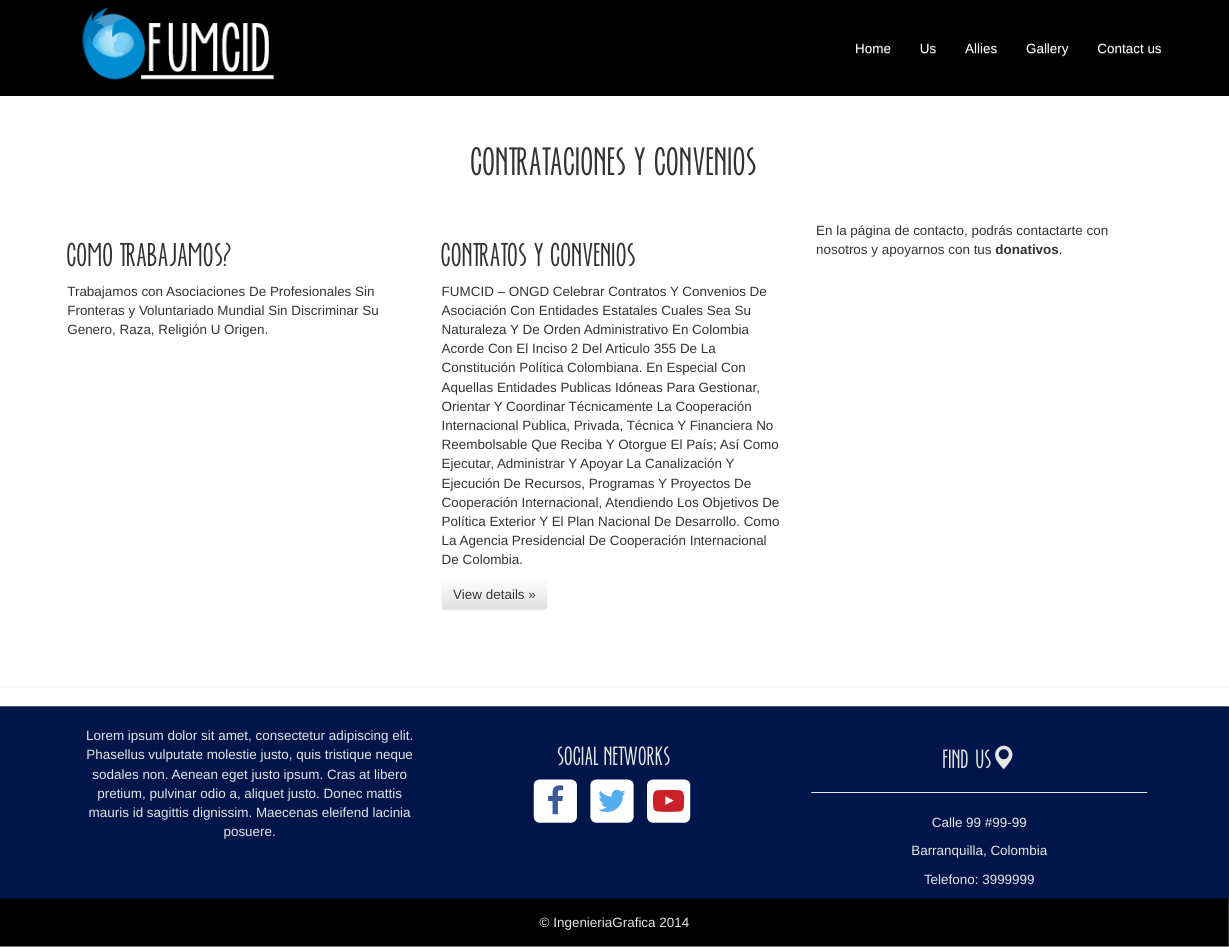
Repository: aarguelles93/Prototipo-portal-FUMCID
Page: http://localhost/contrataciones.php
The author's editor kept a record of every edit. The page is drawn from the files as they stood at one moment, then again after the next edit.
The browser window is 1280 px wide. The pictures show the whole page, at 96% of full size.
Some web libraries are served in a nearby version. The page is run by PHP 8.4 with error messages shown; the project is at /var/www/html/. Other server files are loaded and not shown.

Above is the page before.

### contrataciones.php
<?php $active_page = 99; //!!! ?>
<!DOCTYPE html>
<!--[if lt IE 7]>      <html class="no-js lt-ie9 lt-ie8 lt-ie7"> <![endif]-->
<!--[if IE 7]>         <html class="no-js lt-ie9 lt-ie8"> <![endif]-->
<!--[if IE 8]>         <html class="no-js lt-ie9"> <![endif]-->
<!--[if gt IE 8]><!--> <html class="no-js"> <!--<![endif]-->
    <?php require_once('_php/templates/head.php'); ?>
    <body>
        <!--[if lt IE 7]>
            <p class="browsehappy">You are using an <strong>outdated</strong> browser. Please <a href="http://browsehappy.com/">upgrade your browser</a> to improve your experience.</p>
        <![endif]-->
    <?php require_once('_php/templates/header.php'); ?>


    <div class="container">
        <div class="content-padded">
            <h1 class="text-center">Contrataciones y convenios</h1>
        </div>
    </div>

    <div class="container container-padded">
      <!-- Example row of columns -->
      <div class="row">
        <div class="col-md-4">
          <h2>Como trabajamos?</h2>
          <p>Trabajamos con Asociaciones De Profesionales Sin Fronteras y  Voluntariado Mundial Sin Discriminar Su Genero, Raza, Religión U Origen.</p>
        </div>
        <div class="col-md-4">
          <h2>Contratos y convenios</h2>
          <p>FUMCID – ONGD Celebrar Contratos Y Convenios De Asociación Con Entidades Estatales Cuales Sea Su Naturaleza Y De Orden Administrativo En Colombia Acorde Con El Inciso 2 Del Articulo 355 De La Constitución Política Colombiana. En Especial Con Aquellas Entidades Publicas Idóneas Para Gestionar, Orientar Y Coordinar Técnicamente La Cooperación Internacional Publica, Privada, Técnica Y Financiera No Reembolsable Que Reciba Y Otorgue El País; Así Como Ejecutar, Administrar Y Apoyar La Canalización Y Ejecución De Recursos, Programas Y Proyectos De Cooperación Internacional, Atendiendo Los Objetivos De Política Exterior Y El Plan Nacional De Desarrollo. Como La Agencia Presidencial De Cooperación Internacional De Colombia.</p>
          <p><a class="btn btn-default" href="#" role="button">View details &raquo;</a></p>
       </div>
        <div class="col-md-4">
          <p>En la página de contacto, podrás contactarte con nosotros y apoyarnos con tus <strong>donativos</strong>.</p>

        </div>
      </div>
    </div> <!-- /container -->

    <hr>

    <?php
    require_once ($_SERVER['DOCUMENT_ROOT'].'/_php/templates/footer.php');
    ?>


    <script src="//ajax.googleapis.com/ajax/libs/jquery/1.11.1/jquery.js"></script>
        <script>window.jQuery || document.write('<script src="js/vendor/jquery-1.11.1.js"><\/script>')</script>

        <script src="js/vendor/bootstrap.js"></script>

        <script src="js/main.js"></script>

        <!-- Google Analytics: change UA-XXXXX-X to be your site's ID. -->
        <script>
            (function(b,o,i,l,e,r){b.GoogleAnalyticsObject=l;b[l]||(b[l]=
            function(){(b[l].q=b[l].q||[]).push(arguments)});b[l].l=+new Date;
            e=o.createElement(i);r=o.getElementsByTagName(i)[0];
            e.src='//www.google-analytics.com/analytics.js';
            r.parentNode.insertBefore(e,r)}(window,document,'script','ga'));
            ga('create','UA-XXXXX-X');ga('send','pageview');
        </script>


    </body>
</html>

### _php/templates/head.php
<?php
session_start();
require ($_SERVER['DOCUMENT_ROOT'].'/_php/languages/langSelector.php');
?>
<head>
    <meta charset="utf-8">
    <meta http-equiv="X-UA-Compatible" content="IE=edge,chrome=1">
    <title>FUMCID
    <?php
    switch($active_page){
        case 0:
            print(' - ' . NAVBAR_HOME);
            break;
        case 1:
            print(' - ' . NAVBAR_US);
            break;
        case 2:
            print(' - ' . NAVBAR_ALLIES);
            break;
        case 3:
            print(' - ' . NAVBAR_GALLERY);
            break;
        case 4:
            print(' - ' . NAVBAR_CONTACT);
            break;
        default:
            break;
    }
    ?></title>
    <meta name="description" content="">
    <meta name="viewport" content="width=device-width, initial-scale=1">
    <link rel="icon" type="image/ico" href="favicon.ico"/>

    <link rel="stylesheet" href="/css/bootstrap.css">
    <style>
        body {
            padding-top: 100px;

        }
    </style>
    <link rel="stylesheet" href="/css/bootstrap-theme.css">
    <link href="//maxcdn.bootstrapcdn.com/font-awesome/4.2.0/css/font-awesome.min.css" rel="stylesheet">
    <link rel="stylesheet" href="/css/bootstrap-social.css">
    <link rel="stylesheet" href="/css/main.css">

    <script src="/js/vendor/modernizr-2.6.2-respond-1.1.0.min.js"></script>
</head>

### _php/languages/langSelector.php
<?php
function setLanguage(){
    if (isset($_GET['lang'])){
        // Else, use the GET var for LANG, and then set the SESSION var
        if($_GET['lang']=='pt'){
            require('pt.php');
            $_SESSION['lang']='pt';
        }elseif($_GET['lang']=='es'){
            require('es.php');
            $_SESSION['lang']='es';
        }else{
            require('en.php');
            $_SESSION['lang']='en';
        }
    }
    elseif(isset($_SESSION['lang'])){
        //  First, if lang is set on a SESSION Var, use it
        if($_SESSION['lang']== 'pt'){
            require('pt.php');
        }elseif($_SESSION['lang']=='es'){
            require('es.php');
        }else{
            require('en.php');
        }
    }else{
        // If none of the above are set, work with default english lang
        require('en.php');
    }

}

setLanguage();

?>

### _php/languages/en.php
<?php
//Navbar Headers
define('NAVBAR_HOME','Home');
define('NAVBAR_US','Us');
define('NAVBAR_US_WHO','Who are we?');
define('NAVBAR_US_MISSION','Mission');
define('NAVBAR_US_VISION','Vision');
define('NAVBAR_US_OBJECTIVES','Objectives');
define('NAVBAR_ALLIES','Allies');
define('NAVBAR_GALLERY', 'Gallery');
define('NAVBAR_CONTACT', 'Contact us');

//Footer Headers
define('FOOTER_SOCIAL','Social Networks');
define('FOOTER_CONTACT','Find us');
?>

### _php/templates/header.php
<div class="navbar navbar-custom navbar-fixed-top" role="navigation">
  <div class="container">
    <div class="navbar-header">
      <button type="button" class="navbar-toggle" data-toggle="collapse" data-target=".navbar-collapse">
        <span class="glyphicon glyphicon-list" aria-hidden="true"></span>
      </button>
      <a class="navbar-brand" href="/"><img alt="Brand" src="/img/fumcid-icon.png"></a>
    </div>
    <div  id="spyied"  class="navbar-collapse collapse">
      <ul class="nav navbar-nav navbar-right">

        <?php

        $pages[0] = '<a href="/home.php">' . NAVBAR_HOME . '</a>';
        //page1
        $pages[1]='<a href="/nosotros/" class="dropdown-toggle" data-toggle="dropdown" role="button" aria-expanded="false">' . NAVBAR_US . '</a>
          <ul class="dropdown-menu" role="menu">
            <li><a href="/nosotros.php#quienes" data-target="#quienes">' . NAVBAR_US_WHO . '</a></li>
            <li><a href="/nosotros.php#mision" data-target="#mision">'. NAVBAR_US_MISSION .'</a></li>
            <li><a href="/nosotros.php#vision" data-target="#vision">'. NAVBAR_US_VISION .'</a></li>
          </ul>';
        $pages[2] = '<a href="/aliados.php">'.NAVBAR_ALLIES.'</a>';
        $pages[3] = '<a href="/galeria.php">'.NAVBAR_GALLERY.'</a>';
        $pages[4] = '<a href="/contactenos.php">'.NAVBAR_CONTACT.'</a>';

        $count = 0;
        foreach($pages as $page=>$content){
            if($count == 1){
                //en caso que $page sea la pag con dropdown
                $li_str = '<li class="dropdown">';
                if($page == $active_page){
                    $li_str = '<li class="dropdown active">';
                }
            }else{
                //en caso de que $page sea cualquier otra pag
                $li_str = '<li>';
                if($page == $active_page){
                    $li_str = '<li class="active">';
                }
            }
            $li_str .= $content.'</li>';
            print($li_str);

            //$count -> Indice de página actual. Sirve para identificar el dropdown
            $count = $count + 1;
        }
        ?>

      </ul>
    </div><!--/.navbar-collapse -->
  </div>
</div>

### _php/templates/footer.php

<footer class="text-center">
  <div class="footer-above">
    <div class="container">
      <div class="col-md-4">
        <p>Lorem ipsum dolor sit amet, consectetur adipiscing elit. Phasellus vulputate molestie justo, quis tristique neque sodales non. Aenean eget justo ipsum. Cras at libero pretium, pulvinar odio a, aliquet justo. Donec mattis mauris id sagittis dignissim. Maecenas eleifend lacinia posuere. </p>
      </div>
      <div class="col-md-4">
        <h3><?php print(FOOTER_SOCIAL); ?></h3>
        <ul class="list-inline">
          <li><a class="btn btn-social-icon btn-lg btn-facebook" href="https://www.facebook.com/fumcid" target="_blank"><i class="fa fa-facebook"></i></a></li>
          <li><a class="btn btn-social-icon btn-lg btn-twitter" href="https://twitter.com/fumcidongd" target="_blank"><i class="fa fa-twitter"></i></a></li>
          <li><a class="btn btn-social-icon btn-lg btn-pinterest"><i class="fa fa-youtube-play"></i></a></li>
        </ul>
      </div>
      <div class="col-md-4">
        <h3><?php print(FOOTER_CONTACT) ?><span class="glyphicon glyphicon-map-marker" aria-hidden="true"></span></h3>
        <hr>
        <p>Calle 99 #99-99</p>
        <p>Barranquilla, Colombia</p>
        <p>Telefono: 3999999</p>
      </div>
    </div>
  </div>
  <div class="footer-below">
    <p>&copy; IngenieriaGrafica 2014</p>
  </div>
</footer>

### css/main.css


/* ==========================================================================
   Author's custom styles
   ========================================================================== */
body{
   height:100%;
   position:relative;
}


@font-face {
    font-family: ever_afterregular;
    src: url("../fonts/ever_after_font/everafte-webfont.eot");
    src: url('../fonts/ever_after_font/everafte-webfont.eot?#iefix') format('embedded-opentype'),
         url('../fonts/ever_after_font/everafte-webfont.woff2') format('woff2'),
         url('../fonts/ever_after_font/everafte-webfont.woff') format('woff'),
         url('../fonts/ever_after_font/everafte-webfont.ttf') format('truetype'),
         url('../fonts/ever_after_font/everafte-webfont.svg#ever_afterregular') format('svg');

    font-weight: normal;
    font-style: normal;

}

h1, h2, h3, h4, h5, h6{
   font-family: ever_afterregular, Helvetica, Arial, sans-serif ;
   text-transform: uppercase;
}

.container-padded{
   padding-bottom:50px;
}

.navbar-custom{
   background-color:#000 !important;

   height:100px;
   padding-top:0px;
}
.navbar-brand{
   padding: 5px;
}
ul.navbar-right{
   padding-top:25px;
}
.navbar-toggle{
   background-color:#191919;
}
.navbar-collapse{
   background-color:black;
}
.navbar-custom a, .dropdown-menu > li > a{
   color: #FFF;
}
/*Navbar item seleccionado-activo*/
.navbar-custom .navbar-nav > .active {
   background-color:#008CCF ;
   border-radius:2px;
}
.navbar-custom .navbar-nav > .dropdown ul {
   background-color:#4A4B4C;
}

.nav > li > a:hover, .nav > li > a:focus, .dropdown-menu > li > a:hover,
.dropdown-menu > li > a:focus {
   background-color:#4A4A4A;
   border-radius:2px;

}

#header a{
   color:#FFFFFF;
}

/*Button properties*/
.btn-primary{
   background-color:#008CCF;
   background-image:none;
}
.btn{
   border:none;
}

#myCarousel{
   padding:0px;
}

#myCarousel img{
   width:100%;
}

.embed-responsive{
   margin-bottom: 5px;
   margin-top: 5px;
}

footer{
   background-color: #000;
   bottom:0;
   clear:both;
   min-height:250px;
   margin-bottom:-10px;

}
footer p, footer h3{
   color:#E6E6E6;
}

.footer-above{
   background-color: #00164A;
   min-height:200px;
   padding-top:20px;
}
.footer-below{
   min-height:50px;
   padding-top:15px;
}
.btn-twitter, .btn-facebook, .btn-pinterest{
   background-color: white;
}
.btn-facebook:hover{
   background-color: #3B5998;
}
.btn-twitter{
   color: #55ACEE;
}
.btn-facebook{
   color: #3B5998;
}
.btn-pinterest{
   color: #CB2027;
}
/* Aliados */

/* Nosotros */
.content-padded{
   padding-top:30px;
   padding-bottom:30px;
}
.nosotros-padded{
   padding-top:80px;
   padding-bottom:0px;
}
/* Contactenos */
#contactos{
   padding-top:20px;
   padding-bottom:20px;
   min-height:240px;
}
#contact-container{
   padding:40px 0px;
}
#contact-container button{
   padding:10px 30px;
}
textarea{
   resize:none;
}
#map-container{
   height: 100%;
}
#map-canvas{
 min-height:300px;
 height:100% !important;
}

Loaded but not shown: css/bootstrap.css (library); css/bootstrap-theme.css (library); css/bootstrap-social.css (library); js/main.js (no stored copy; drawn as an empty file)

After the next edit:
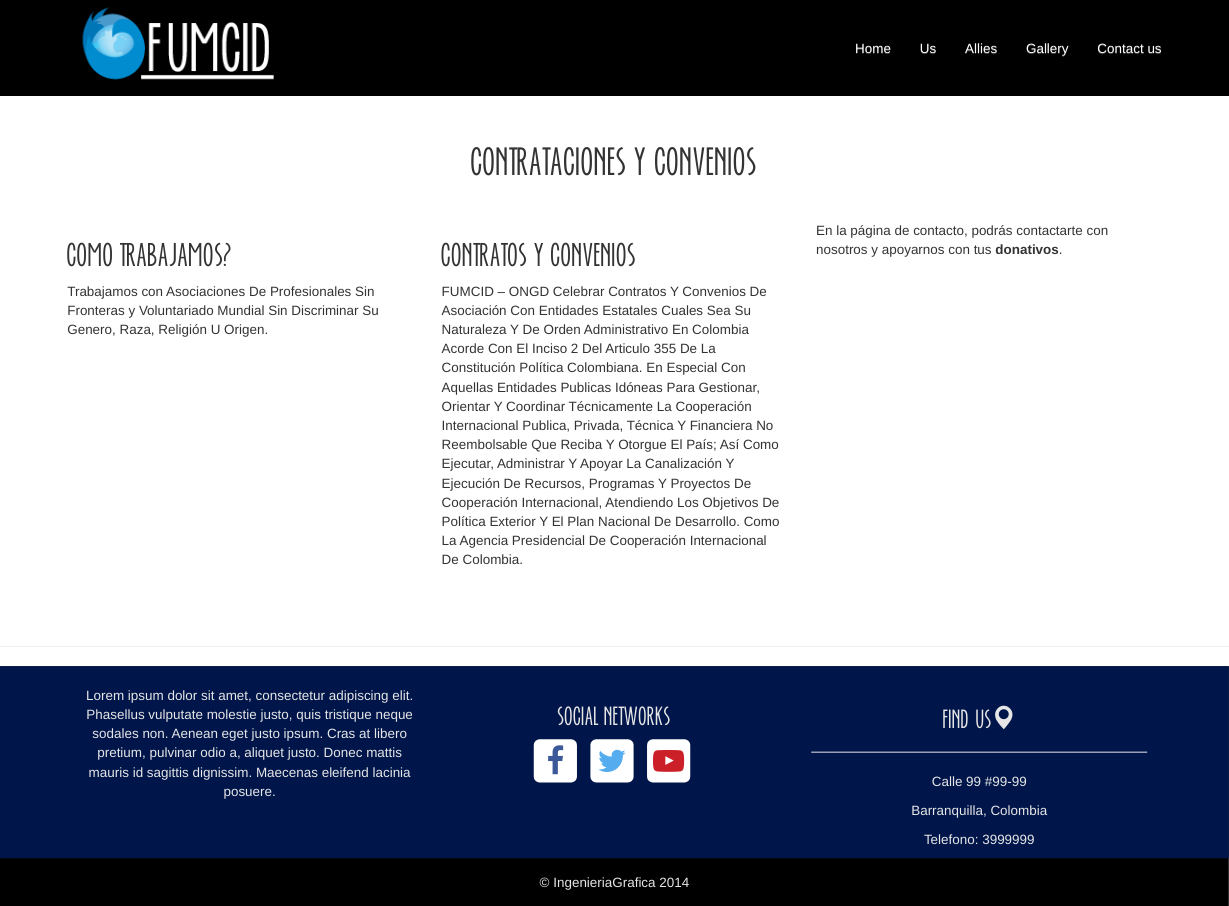
The edit:
--- a/contrataciones.php
+++ b/contrataciones.php
@@ -28,7 +28,6 @@
         <div class="col-md-4">
           <h2>Contratos y convenios</h2>
           <p>FUMCID – ONGD Celebrar Contratos Y Convenios De Asociación Con Entidades Estatales Cuales Sea Su Naturaleza Y De Orden Administrativo En Colombia Acorde Con El Inciso 2 Del Articulo 355 De La Constitución Política Colombiana. En Especial Con Aquellas Entidades Publicas Idóneas Para Gestionar, Orientar Y Coordinar Técnicamente La Cooperación Internacional Publica, Privada, Técnica Y Financiera No Reembolsable Que Reciba Y Otorgue El País; Así Como Ejecutar, Administrar Y Apoyar La Canalización Y Ejecución De Recursos, Programas Y Proyectos De Cooperación Internacional, Atendiendo Los Objetivos De Política Exterior Y El Plan Nacional De Desarrollo. Como La Agencia Presidencial De Cooperación Internacional De Colombia.</p>
-          <p><a class="btn btn-default" href="#" role="button">View details &raquo;</a></p>
        </div>
         <div class="col-md-4">
           <p>En la página de contacto, podrás contactarte con nosotros y apoyarnos con tus <strong>donativos</strong>.</p>
